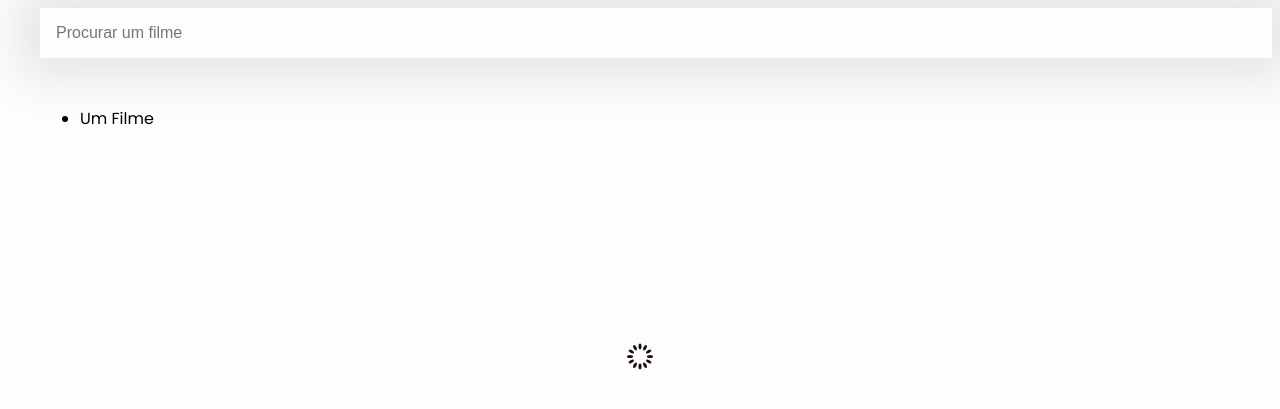
Repository: giordanobraz/agenda-edu-challenge
Page: /
The author's editor kept a copy of each file at every save. The page is drawn from the files as they stood at one save, then again after the next save.
The browser window is 1280 px wide. The pictures show the whole page.
The page's requests for data from a server got no answer. The project was rebuilt for these pictures with package versions that can differ from the ones it lists, and the page was loaded fresh each time. No one was signed in, and anything a server would have sent is missing. Also part of the build but not shown: src/components/List/MovieList.scss, src/components/Details/Details.scss, src/components/Details/Details.js, src/pages/Details/index.js.

Above is the page before, as saved 2022-05-13 16:50:40.

### src/App.js
import { Route, Routes } from "react-router-dom";
import { QueryClient, QueryClientProvider } from "react-query";
import HomePage from "./pages/HomePage";
import SearchBar from "./components/Search/SearchBar";
import "./styles/global.scss";
import DetailsPage from "./pages/Details";

const queryClient = new QueryClient();

function App() {
  return (
    <div className="container">
      <QueryClientProvider client={queryClient}>
        <SearchBar />
        <Routes>
          <Route path="/" element={<HomePage />} />
          <Route path="/movie/:movieID" element={<DetailsPage />} />
        </Routes>
      </QueryClientProvider>
    </div>
  );
}

export default App;

### src/pages/HomePage/index.js
import MovieList from "../../components/List/MovieList";

export default function HomePage() {
  return <MovieList />;
}

### src/components/Search/SearchBar.js
import "./SearchBar.scss";

function SearchBar() {
  return (
    <>
      <input type="text" placeholder="Procurar um filme" />
      <div className="search-bar-items">
        <ul>
          <li>
            <p>Um Filme</p>
          </li>
        </ul>
      </div>
    </>
  );
}

export default SearchBar;

### src/styles/global.scss
@import url("https://fonts.googleapis.com/css2?family=Poppins:wght@400;500;700&display=swap");
body {
    font-family: "Poppins", sans-serif;
    background-color: #fdfdfd;
}

p {
    margin: 0;
    padding: 0;
    border: 0;
    font-size: 100%;
    font: inherit;
    vertical-align: baseline;
}

.container {
    display: flex;
    flex-direction: column;
    gap: 2rem;
    max-width: 1200px;
    margin: 0 auto;
    padding: 0;
}

### src/components/List/MovieList.js
import { useState } from "react";
import { Link } from "react-router-dom";
import { api } from "../../services/api";
import { useInfiniteQuery } from "react-query";
import { VirtuosoGrid } from "react-virtuoso";
import Loading from "../Loading";
import "./MovieList.scss";
import { IMG_LINK } from "../../utils/constants";
import { ItemContainer, ListContainer } from "./VirtuosoStyled";

function MovieList() {
  const [movies, setMovies] = useState([]);

  const fetchMovies = async ({ pageParam = 1 }) => {
    const response = await api.get(
      "movie/popular?language=pt-BR&page=" + pageParam
    );
    setMovies(() => [...movies, ...response.data.results]);
    return response.data;
  };

  const { isLoading, isError, error, fetchNextPage } = useInfiniteQuery(
    "movies",
    fetchMovies,
    {
      getNextPageParam: (lastPage) => lastPage.page + 1,
    }
  );

  if (isLoading) return <Loading />;
  if (isError) return <p>{error.message}</p>;

  return (
    <>
      <h1>FILMES POPULARES DA SEMANA</h1>

      <VirtuosoGrid
        useWindowScroll
        style={{ height: 700, marginBottom: "2rem" }}
        totalCount={movies.length}
        overscan={200}
        endReached={() => setTimeout(() => fetchNextPage(), 2000)}
        components={{
          Item: ItemContainer,
          List: ListContainer,
        }}
        itemContent={(index) => {
          const movie = movies[index];
          return (
            <>
              <Link
                key={movie.id}
                className="card"
                to={`/movie/${movie.id}`}
                state={movie}
              >
                <img
                  src={`${IMG_LINK}/w220_and_h330_face/${movie.poster_path}`}
                  alt={movie.title}
                  width={220}
                  height={330}
                />
                <div className="card-details">
                  <p>{movie.title}</p>
                  <span>{movie.vote_average}/10</span>
                </div>
              </Link>
            </>
          );
        }}
      />
    </>
  );
}

export default MovieList;

### src/components/Search/SearchBar.scss
.search-bar {
  display: flex;
  flex-direction: column;
  align-items: center;
  justify-content: space-between;
  width: 100%;
  height: 100%;
  padding: 0;
  margin: 0;
  border: none;
  border-radius: 0;
  background-color: #fdfdfd;

  position: relative;
  z-index: 1;

}

input {
  width: 100%;
  height: 100%;
  padding: 1rem;
  margin: 0;
  border: none;
  border-radius: 0;
  background-color: #fdfdfd;
  font-size: 1rem;
  color: #000;
  box-shadow: none;
  transition: all 0.3s ease;
  box-shadow: 0px 0px 50px 20px rgba(0, 0, 0, 0.1);
  &:focus {
      box-shadow: none;
  }
}

### src/services/api.js
import axios from "axios";
import { API_KEY, API_LINK } from "../utils/constants";

export const api = axios.create({
  baseURL: API_LINK,
  headers: {
    Authorization: API_KEY,
  },
});

### src/utils/constants.js
export const IMG_LINK = "https://image.tmdb.org/t/p/";
export const API_LINK = "https://api.themoviedb.org/3/";
export const API_KEY = `Bearer eyJhbGciOiJIUzI1NiJ9.eyJhdWQiOiJmYzQzN2E4YzM3M2JjNWRiNGJhODA0MTVlZWFmYjM0MCIsInN1YiI6IjVhNDMzNzQ4YzNhMzY4NTg5MDA0NTdjZCIsInNjb3BlcyI6WyJhcGlfcmVhZCJdLCJ2ZXJzaW9uIjoxfQ.KJrGbmMD-B0dSERBGT_FSRx5XqX0lWkoMPpkK78bOzs`;

### src/components/List/VirtuosoStyled.js
import styled from "@emotion/styled";

export const ItemContainer = styled.div`
  padding: 0.5rem;
  width: 25%;
  height: 420px;
  display: flex;
  flex: none;
  align-content: stretch;
  box-sizing: border-box;

  @media (max-width: 1024px) {
    width: 50%;
  }

  @media (max-width: 300px) {
    width: 100%;
  }
`;

export const ListContainer = styled.div`
  display: flex;
  flex-wrap: wrap;
`;

### src/components/Loading/Loading.js
import loadingImg from "../../assets/loading.svg";
import "./Loading.scss";

function Loading() {
  return (
    <div className="center">
      <img src={loadingImg} alt="Loading" width={50} />
    </div>
  );
}

export default Loading;

### src/components/Loading/Loading.scss
.center {
  position: absolute;
  top: 50%;
  left: 50%;
  transform: translate(-50%, -50%);
}

Loaded but not shown: public/index.html (common file); src/index.js (common file); src/components/Loading/index.js (common file)

After the next save:
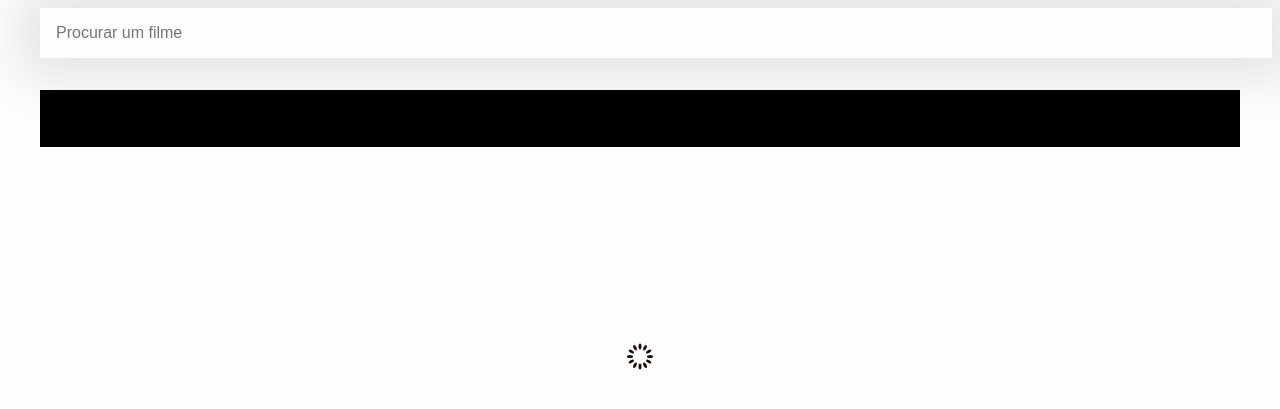
Saved 30 s later.
--- a/src/components/Search/SearchBar.scss
+++ b/src/components/Search/SearchBar.scss
@@ -10,10 +10,8 @@
   border: none;
   border-radius: 0;
   background-color: #fdfdfd;
-
   position: relative;
   z-index: 1;
-
 }
 
 input {
@@ -33,3 +31,7 @@
       box-shadow: none;
   }
 }
+
+.search-bar-items {
+  background-color: #000;
+}

After the 5 saves that followed:
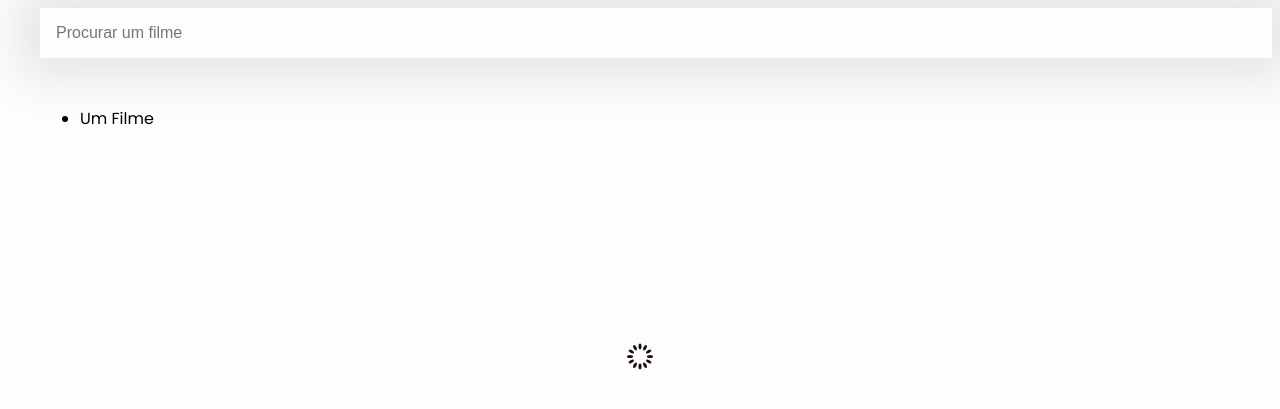
The 5 saves are shown as one change because 4 left the picture as it was.
The last was saved 65 s later.
--- a/src/components/Search/SearchBar.scss
+++ b/src/components/Search/SearchBar.scss
@@ -33,5 +33,8 @@
 }
 
 .search-bar-items {
-  background-color: #000;
+  width: 100%;
+  height: 100%;
+  margin: 0;
+  padding: 0;
 }
